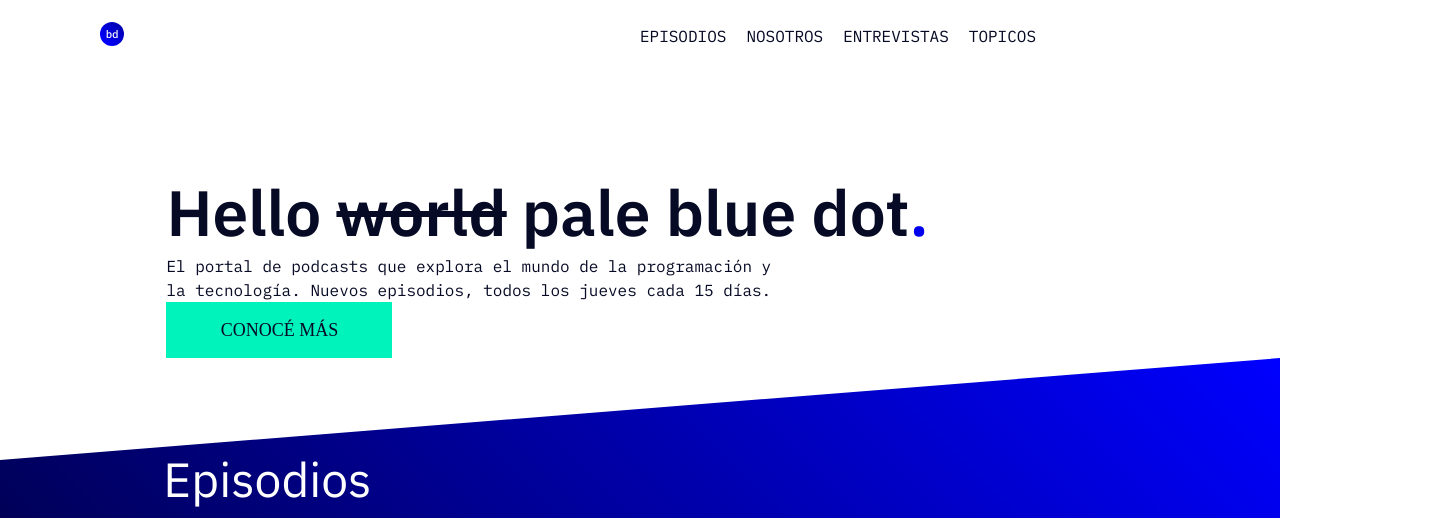
Repository: FedeGA93/podcast
Page: index.html
An editor plug-in stored every save of this project. The page is shown before and after the next save, followed by the edit.
The browser window is 1280 px wide. The page is 1440 px wide, so the pictures cover 1440 px, including what lies to the right of the window. The pictures show the part of the page from y = 0 to 518 px (the page is 3229 px tall before and 3205 px after).
Pictures or frames that could not be fetched are drawn as grey boxes. Some web fonts or font styles are not loaded; a fallback is used. Some web libraries are served in a nearby version.

Above is the page before, as saved 2019-11-25 21:50:19.

After the next save:
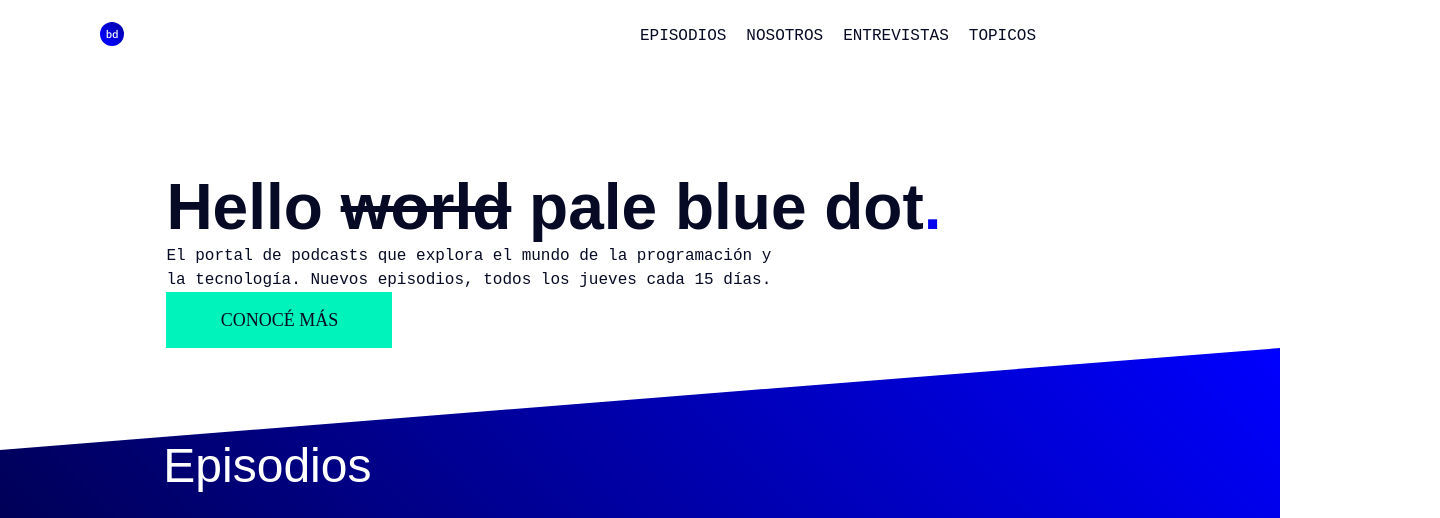
Saved 13 h 17 min later.
--- a/index.html
+++ b/index.html
@@ -7,7 +7,7 @@
     <meta http-equiv="X-UA-Compatible" content="ie=edge">
     <title>BlueDot</title>
     <link rel="stylesheet" href="styles/styles.css">
-    <link href="https://fonts.googleapis.com/css?family=IBM+Plex+Mono|IBM+Plex+Sans:400,400i,500,600&display=swap"
+    <link href="https://fonts.googleapis.com/css?family=IBM+Plex+Mono/IBM+Plex+Sans:400,400i,500,600&display=swap"
         rel="stylesheet">
     <link rel="stylesheet" href="https://cdnjs.cloudflare.com/ajax/libs/font-awesome/5.11.2/css/all.css">
     <link rel="shortcut icon" type="image/x-icon" href="images/favicon.ico" />
